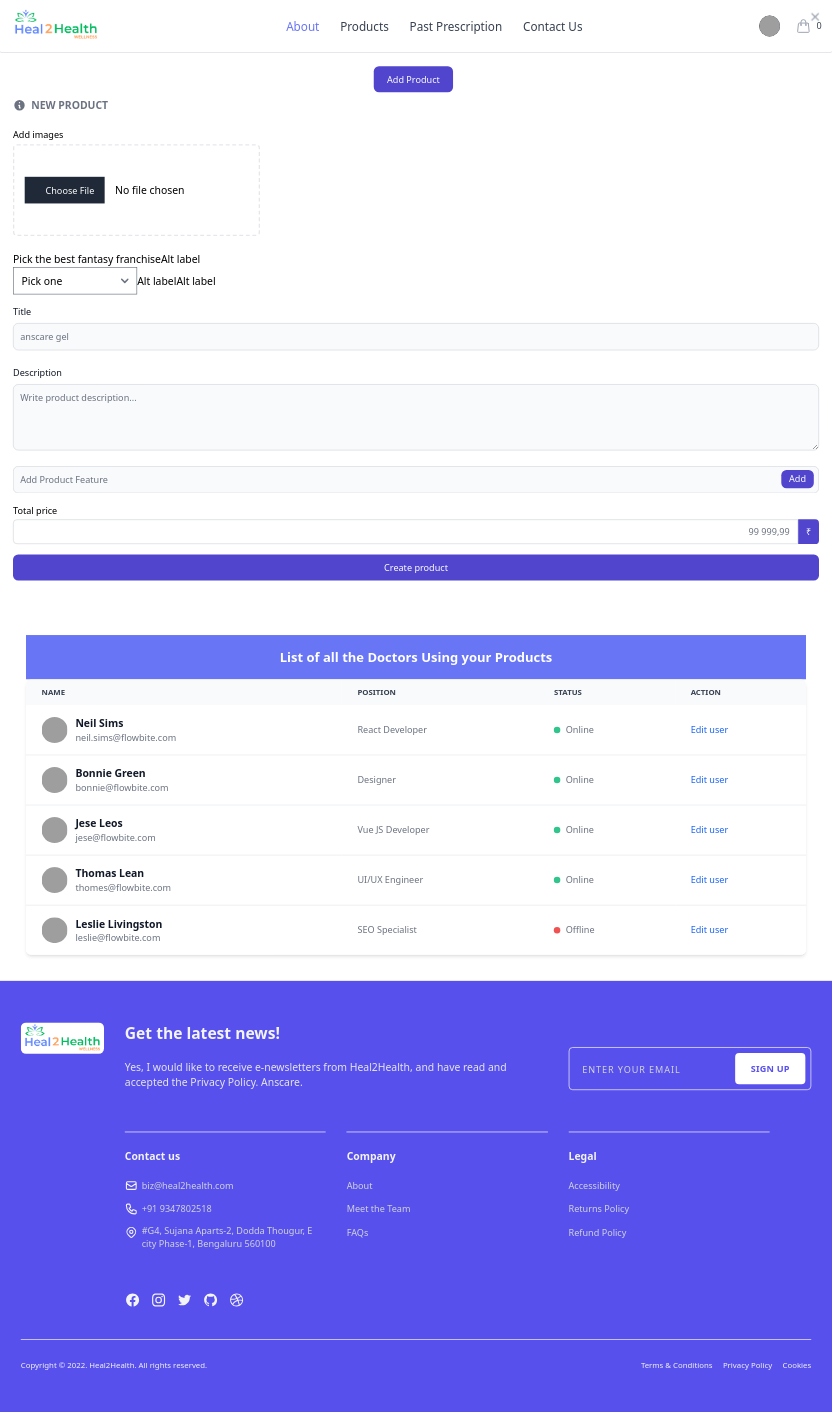
Repository: Akash123-coder/H2H
Page: /dealer (app in Frontend/), after clicking the first element matching `button.text-white`
The author's editor kept a copy of each file at every save. The page is drawn from the files as they stood at one save, then again after the next save.
The browser window is 1280 px wide. The pictures show the whole page, at 65% of full size.
Pictures or frames that could not be fetched are drawn as grey boxes. The project was rebuilt for these pictures with package versions that can differ from the ones it lists, and the page was loaded fresh each time. Also part of the build but not shown: Frontend/vite.config.ts, Frontend/src/pages/About.tsx, Frontend/src/components/Cta.jsx, Frontend/src/pages/Home.jsx, Frontend/src/components/Product.tsx, Frontend/src/components/Select.jsx, Frontend/src/components/CompanySelect.jsx, Frontend/src/pages/Prescription.jsx and 7 more.

Above is the page before, as saved 2022-10-12 17:51:36.

After the next save:
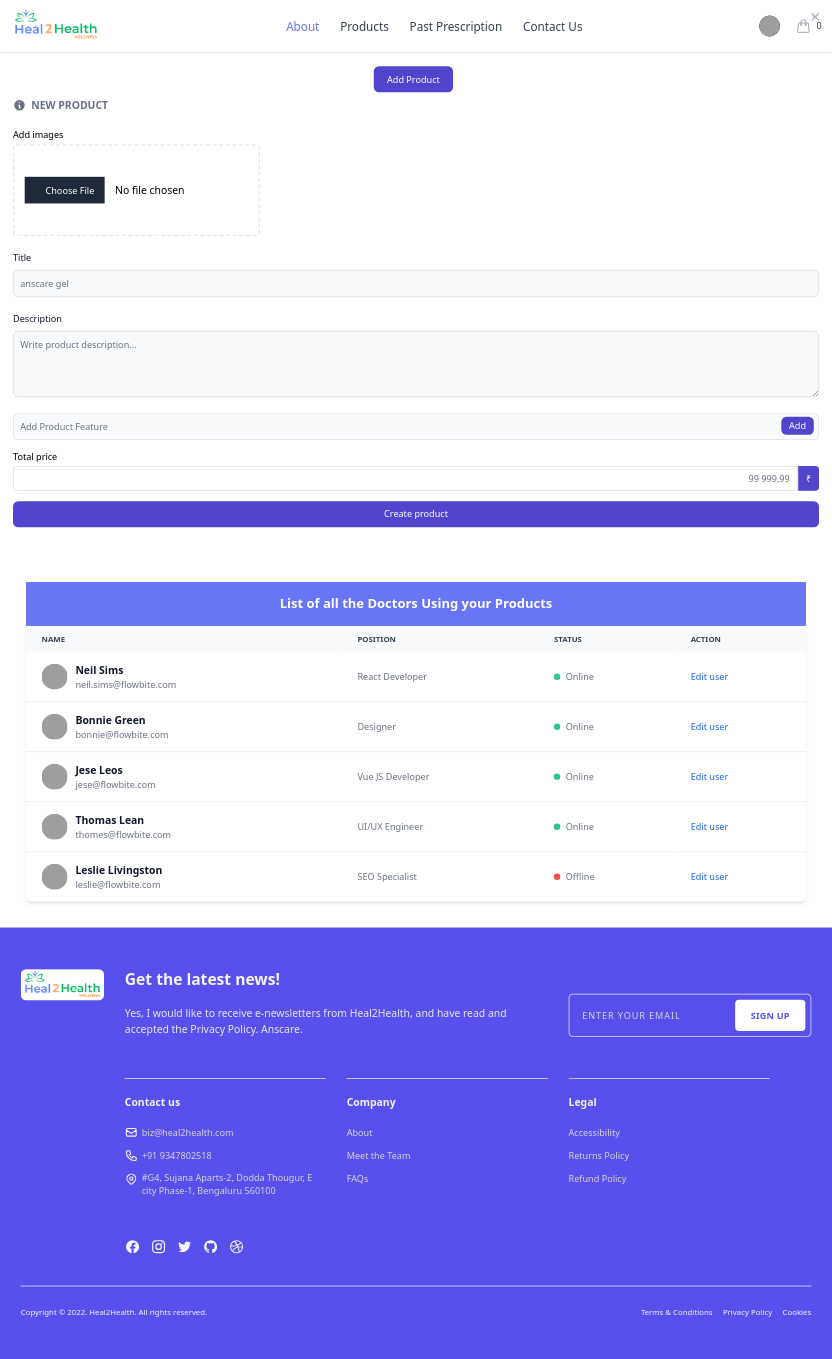
Saved 3 min 53 s later.
--- a/Frontend/src/components/DealerAddProduct.jsx
+++ b/Frontend/src/components/DealerAddProduct.jsx
@@ -28,24 +28,7 @@ function DealerAddProduct() {
 </fieldset>
       </div>
       <div className="mb-4">
-        <div className=" w-full max-w-xs">
-  <label className="label">
-    <span className="label-text">Pick the best fantasy franchise</span>
-    <span className="label-text-alt">Alt label</span>
-  </label>
-  <select className="select select-bordered">
-    <option disabled selected>Pick one</option>
-    <option>Star Wars</option>
-    <option>Harry Potter</option>
-    <option>Lord of the Rings</option>
-    <option>Planet of the Apes</option>
-    <option>Star Trek</option>
-  </select>
-  <label className="label">
-    <span className="label-text-alt">Alt label</span>
-    <span className="label-text-alt">Alt label</span>
-  </label>
-</div>
+
       </div>
       <div class="mb-6">
          <label for="title" class="block mb-2 text-sm font-medium text-gray-900 dark:text-gray-300">Title</label>
